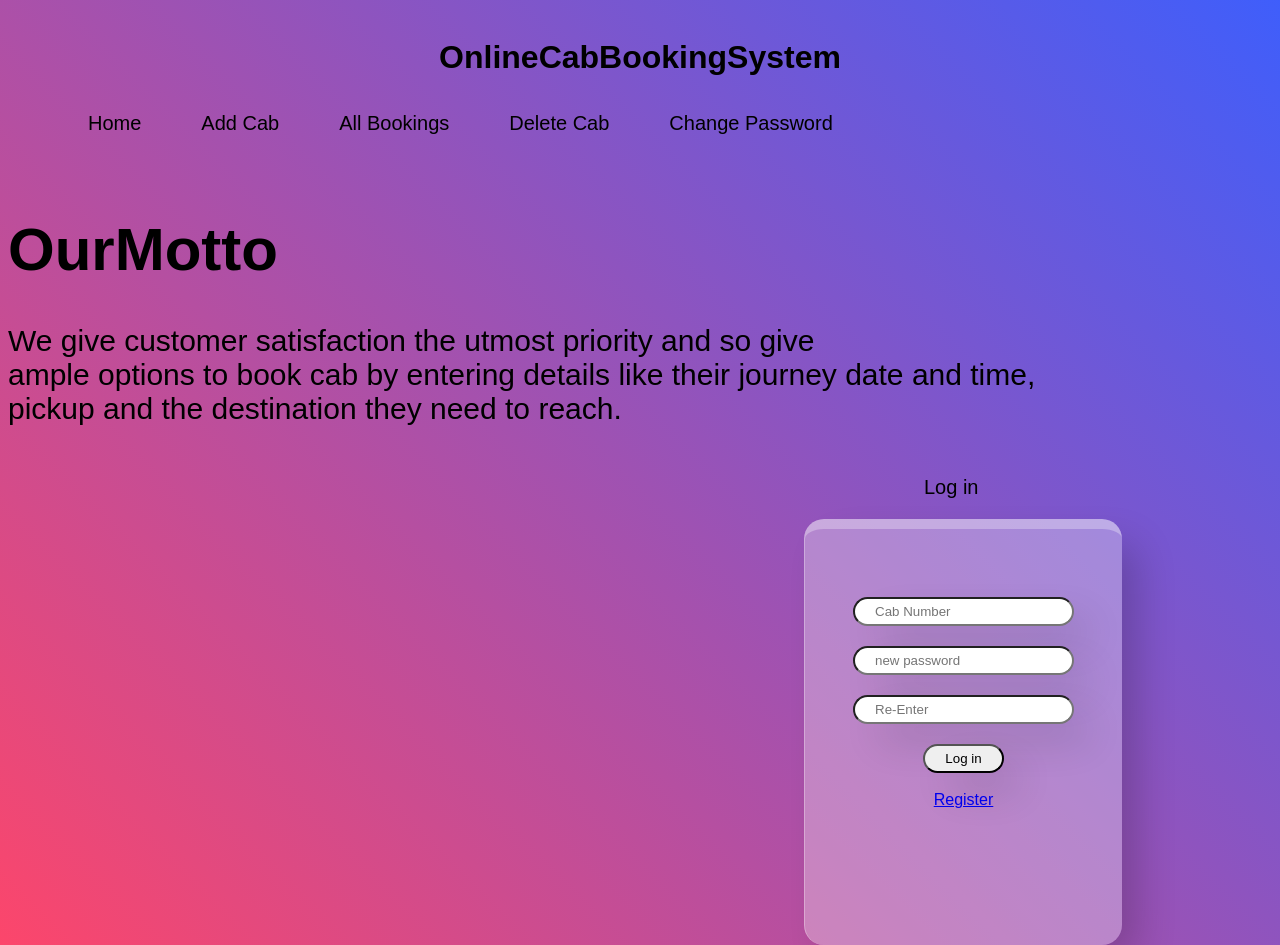
Repository: venkateshpillala/OnlineCabBookingSystem
Page: BookCab/src/main/webapp/changePassword.html
An editor plug-in stored every save of this project. The page is shown before and after the next save, followed by the edit.
The browser window is 1280 px wide. The pictures show the whole page.

Above is the page before, as saved 2024-06-07 17:09:03.

### BookCab/src/main/webapp/changePassword.html
<!DOCTYPE html>
<html>
<head>
<meta charset="ISO-8859-1">
<title>OnlineCabBooking</title>
</head>
<style>
	body{

		background : linear-gradient(45deg,#FC466B,#3F5EFB);
		height : 100vh;
		font-family : "Montserrat", sans-serif;
	}
	form {
		font-family : "Montserrat", sans-serif;
		background : rgba(255,255,255,0.3);
		padding : 3em;
		height : 320px;
		border-radius : 20px;
		border-left : 1px solid rgba(255,255,255,0.3);
		border-top : 10px solid rgba(255,255,255,0.3);
		background-filter : blur(10px);
		box-shadow : 20px 20px 40px -6px rgba(0, 0, 0, 0.2);
		text-align : center;
		position : relative;
		transition : all 0.2 ease-in-out;
		margin-right : 100px;
	}
	input {
		border-radius : 20px;
		box-shadow : 20px 20px 40px -6px rgba(0, 0, 0, 0.2);
		padding  : 5px 20px;
		margin-top : 20px;
		background-filter : blur(10px);
	}
	.alignment{
		text-align : center;
		border-radius : 10px;
		padding: 10px;
	}
	ul {
  		list-style-type: none;
  		overflow: hidden;
	}

	li {
  		float: left;
	}

	li a {
  		display: block;
  		color : black;
  		text-align: center;
  		padding: 14px 30px;
  		text-decoration: none;
  		font-size : 20px;
	}

	li a:hover:not(.active) {
  		background-color: #111;
  		border-radius : 10px;
  		color : white;
	}
	.h{
		padding : 100px;
	}
	.left{
		float : left;
		font-size : 30px;
	}
	.right{
		float : right;
		padding-right : 50px;
	}
	.para{
		padding-left : 120px;
		font-family : "Montserrat", sans-serif;
		font-size : 20px;


	}
	.over:hover:not(.active) {
  		background-color: #111;
  		border-radius : 10px;
  		color : white;
	}
</style>
<body>
<div class = "alignment">
	<h1 >OnlineCabBookingSystem</h1>
	<ul>
		<li><a href = "./Home.html">Home</a></li>
		<li><a href = "./AddCab.html">Add Cab</a></li>
		<li><a href = "./allbookings">All Bookings</a></li>
		<li><a href = "./deleteCab.html">Delete Cab</a></li>
		<li><a href = "./changePassword.html">Change Password</a></li>

	</ul>
</div>

<div >

	<div class = "left">
		<h1>OurMotto</h1>
		<p>We give customer satisfaction the utmost priority and so give<br> ample options
		to book cab by entering details like their journey date and time, <br>pickup and
		the destination they need to reach.
		</p>
	</div>
	<div class = "right">
	<p class = "para">Log in</p>
		<form method = "post" action = "./delete">
			<input type = "text" name = "cabNumber" placeholder = "Cab Number"/><br>
			<input type = "password" name = "new" placeholder = "new password"/><br>
			<input type = "password" name = "again" placeholder = "Re-Enter"/><br>
			<input class = "over" type = "submit" value = "Log in"/><br><br>
			<a href = "./register.html">Register</a>
		</form>
	</div>
</div>


</body>
</html>

After the next save:
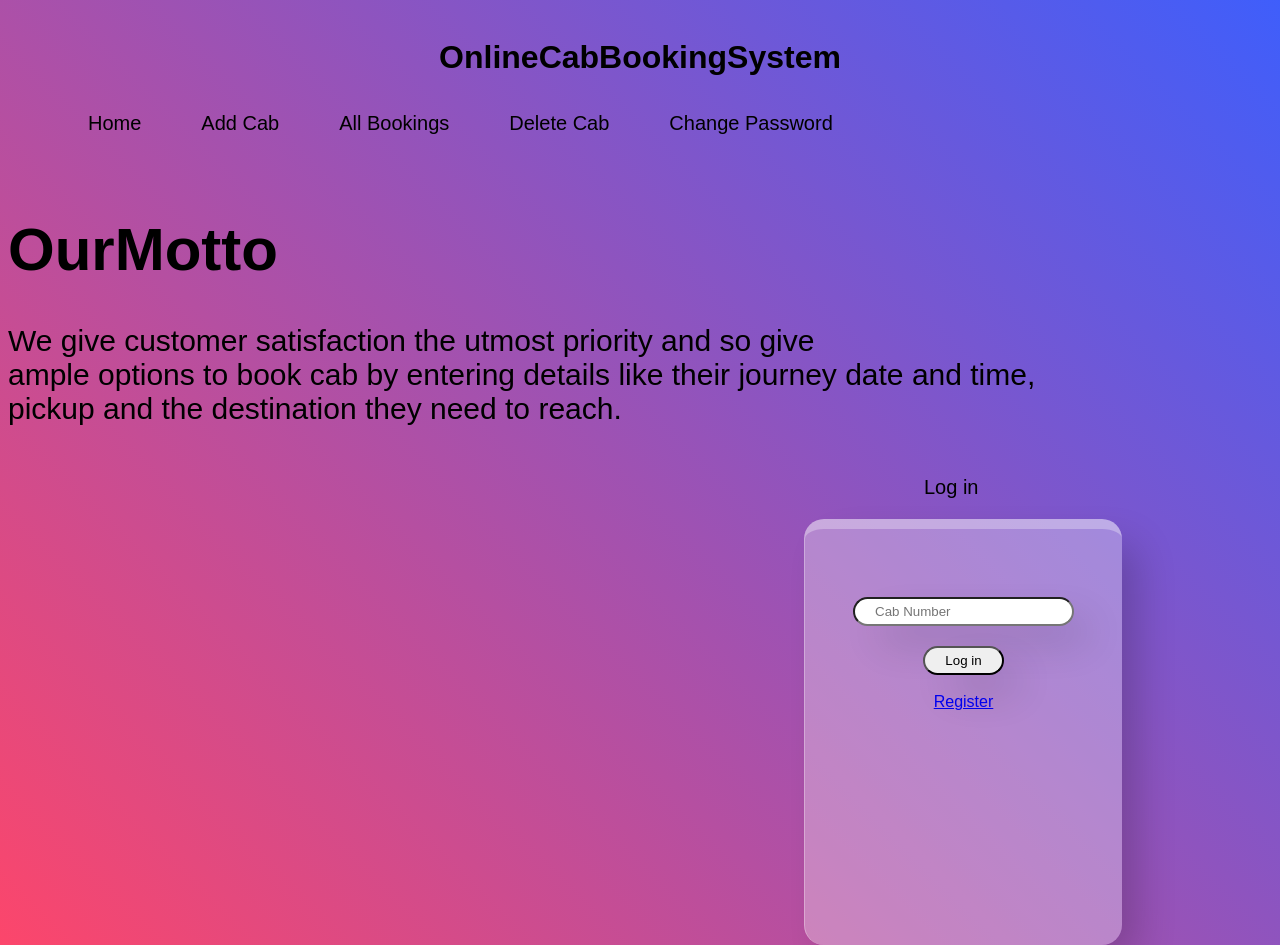
Saved 11 s later.
--- a/BookCab/src/main/webapp/changePassword.html
+++ b/BookCab/src/main/webapp/changePassword.html
@@ -110,10 +110,7 @@
 	<div class = "right">
 	<p class = "para">Log in</p>
 		<form method = "post" action = "./delete">
-			<input type = "text" name = "cabNumber" placeholder = "Cab Number"/><br>
-			<input type = "password" name = "new" placeholder = "new password"/><br>
-			<input type = "password" name = "again" placeholder = "Re-Enter"/><br>
-			<input class = "over" type = "submit" value = "Log in"/><br><br>
+			<input type = "text" name = "cabNumber" placeholder = "Cab Number"/><br>			<input class = "over" type = "submit" value = "Log in"/><br><br>
 			<a href = "./register.html">Register</a>
 		</form>
 	</div>
